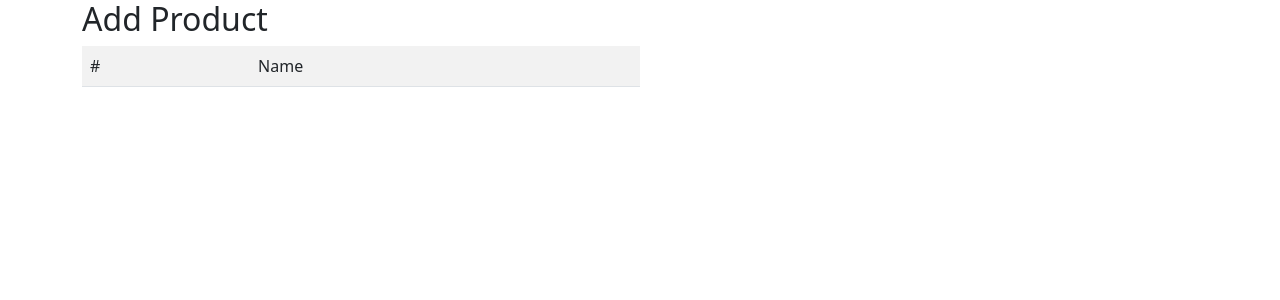
Repository: nguyenhung50497/MD3_thaoTacVoiFile
Page: BT_productManager2/templates/addProduct.html
These files come from the project's save history. The page is drawn as it stood at one moment and after a run of saves; the edit follows.
The browser window is 1280 px wide. The pictures show the whole page.
Some web libraries are served in a nearby version.

Above is the page before, as saved 2022-12-14 15:40:55.

### BT_productManager2/templates/addProduct.html
<!DOCTYPE html>
<html lang="en">
<head>
    <meta charset="UTF-8">
    <title>Customer manager</title>
    <link href="https://cdn.jsdelivr.net/npm/bootstrap@5.1.3/dist/css/bootstrap.min.css" rel="stylesheet" crossorigin="anonymous">
</head>
<body>
<div class="container">
    <div class="col-6">
        <h2>Add Product</h2>
        <form action="" method="post">
            <table class="table table-striped">
                <tr>
                    <td>#</td>
                    <td>Name</td>

                </tr>

            </table>
        </form>
    </div>

</div>
<script src="https://cdn.jsdelivr.net/npm/@popperjs/core@2.10.2/dist/umd/popper.min.js" integrity="sha384-7+zCNj/IqJ95wo16oMtfsKbZ9ccEh31eOz1HGyDuCQ6wgnyJNSYdrPa03rtR1zdB" crossorigin="anonymous"></script>
<script src="https://cdn.jsdelivr.net/npm/bootstrap@5.1.3/dist/js/bootstrap.min.js" integrity="sha384-QJHtvGhmr9XOIpI6YVutG+2QOK9T+ZnN4kzFN1RtK3zEFEIsxhlmWl5/YESvpZ13" crossorigin="anonymous"></script>
</body>
</html>

After the next 4 saves:
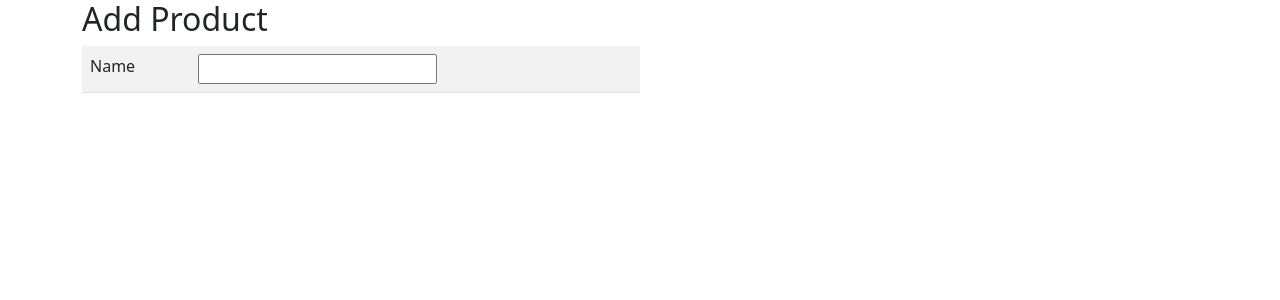
The 4 saves are shown as one change because they came seconds apart.
The last was saved 20 s later.
--- a/BT_productManager2/templates/addProduct.html
+++ b/BT_productManager2/templates/addProduct.html
@@ -12,9 +12,8 @@
         <form action="" method="post">
             <table class="table table-striped">
                 <tr>
-                    <td>#</td>
                     <td>Name</td>
-
+                    <td><input type="text"></td>
                 </tr>
 
             </table>
